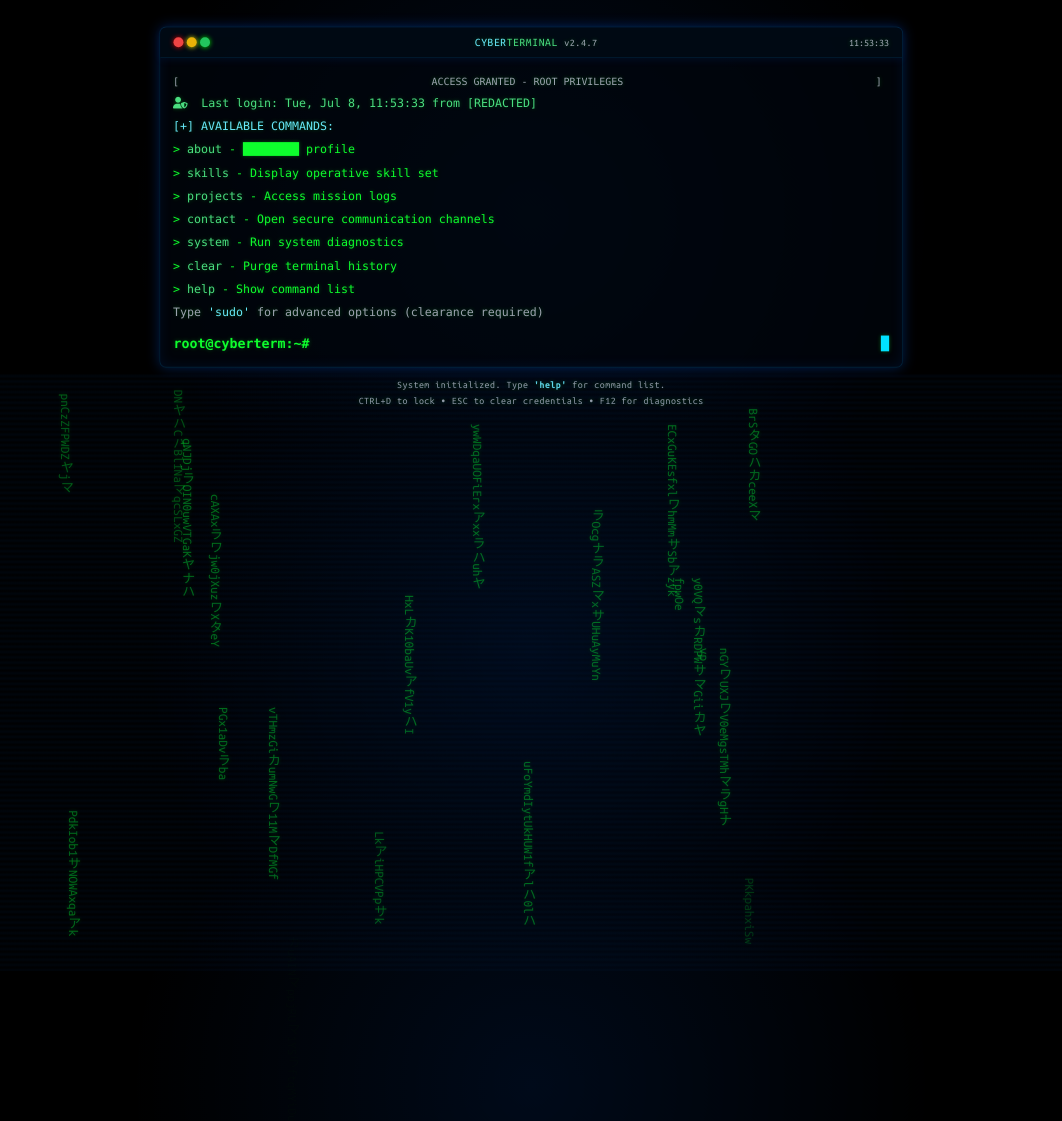
Repository: vinmutua/portfolio
Page: terminal.html
These files come from the project's save history. The page is drawn as it stood at one moment and after the next save; the edit follows.
The browser window is 1280 px wide. The pictures show the whole page, at 83% of full size.
An inner scrolling area shows only its first screen. Some web libraries are served in a nearby version.

Above is the page before, as saved 2025-07-09 09:49:20.

### terminal.html
<!DOCTYPE html>
<html lang="en">
<head>
    <meta charset="UTF-8">
    <meta name="viewport" content="width=device-width, initial-scale=1.0">
    <title>CyberTerminal v2.4.7</title>
    <script src="https://cdn.tailwindcss.com"></script>
    <link rel="stylesheet" href="https://cdnjs.cloudflare.com/ajax/libs/font-awesome/6.4.0/css/all.min.css">
    <link href="https://fonts.googleapis.com/css2?family=Ubuntu+Mono:ital,wght@0,400;0,700;1,400&display=swap" rel="stylesheet">
    <style>
        body {
            font-family: 'Ubuntu Mono', monospace;
            background: #000;
            background-image: radial-gradient(circle at center, rgba(0, 98, 255, 0.1) 0%, transparent 70%);
            overflow-x: hidden;
            color: #0efe2d;
            text-shadow: 0 0 5px rgba(14, 254, 45, 0.3);
        }

        .scanline {
            position: absolute;
            top: 0;
            left: 0;
            right: 0;
            height: 100%;
            background: linear-gradient(to bottom,
                rgba(0, 33, 71, 0) 0%,
                rgba(0, 33, 71, 0.2) 50%,
                rgba(0, 33, 71, 0) 100%);
            background-size: 100% 0.4rem;
            animation: scan 8s linear infinite;
            pointer-events: none;
            z-index: 10;
        }

        @keyframes scan {
            0% { transform: translateY(0); }
            100% { transform: translateY(100vh); }
        }

        .terminal-container {
            position: relative;
            background: rgba(0, 6, 13, 0.7);
            border: 1px solid rgba(0, 154, 255, 0.2);
            box-shadow: 0 0 15px rgba(0, 98, 255, 0.3),
                        inset 0 0 15px rgba(0, 98, 255, 0.1);
        }

        .terminal-header {
            background: rgba(0, 10, 20, 0.9);
            border-bottom: 1px solid rgba(0, 154, 255, 0.2);
            box-shadow: 0 2px 10px rgba(0, 98, 255, 0.1);
        }

        .terminal-body {
            position: relative;
            overflow: hidden;
        }

        .glitch-effect {
            position: absolute;
            top: 0;
            left: 0;
            right: 0;
            bottom: 0;
            background: url('data:[embedded picture, 213 characters]');
            opacity: 0.3;
            pointer-events: none;
            z-index: 1;
        }

        .terminal-output {
            height: 300px;
            overflow-y: auto;
            padding-right: 8px;
        }

        .terminal-output::-webkit-scrollbar {
            width: 6px;
        }

        .terminal-output::-webkit-scrollbar-track {
            background: rgba(0, 33, 71, 0.2);
        }

        .terminal-output::-webkit-scrollbar-thumb {
            background: rgba(0, 154, 255, 0.5);
            border-radius: 3px;
        }

        .blinking-cursor {
            animation: blink 1s infinite, pulse 2s infinite;
        }

        @keyframes blink {
            0%, 100% { opacity: 1; }
            50% { opacity: 0.3; }
        }

        @keyframes pulse {
            0%, 100% { color: #0efe2d; }
            50% { color: #00e1ff; }
        }

        .command:before {
            content: ">";
            color: #00e1ff;
            font-weight: bold;
            margin-right: 6px;
        }

        .prompt:before {
            content: "root@cyberterm:~# ";
            color: #0efe2d;
            font-weight: bold;
        }

        .matrix-drop {
            position: absolute;
            color: rgba(0, 255, 55, 0.6);
            writing-mode: vertical-rl;
            text-orientation: mixed;
            opacity: 0;
            animation: matrixFall linear infinite;
            pointer-events: none;
            z-index: 0;
        }

        @keyframes matrixFall {
            0% { transform: translateY(-50px); opacity: 0; }
            5% { opacity: 0.7; }
            70% { opacity: 0.7; }
            90% { opacity: 0; }
            100% { transform: translateY(100vh); opacity: 0; }
        }

        .password-input {
            -webkit-text-security: disc;
            letter-spacing: 2px;
        }

        .hacker-loader {
            display: inline-block;
            overflow: hidden;
            width: 0;
            animation: expand 3s steps(50) forwards;
            white-space: nowrap;
        }

        @keyframes expand {
            to { width: 100%; }
        }

        .ascii-art {
            letter-spacing: 1px;
            line-height: 1.2;
            color: #00e1ff;
        }
    </style>
</head>
<body>
    <div class="scanline"></div>
    <div class="container mx-auto p-4 lg:p-8">
        <div class="max-w-4xl mx-auto" id="matrixContainer">
            <div class="terminal-container rounded-lg mb-3">
                <!-- Terminal Header -->
                <div class="terminal-header px-4 py-2 flex items-center rounded-t-lg">
                    <div class="flex space-x-1 mr-4">
                        <div class="w-3 h-3 rounded-full bg-red-500 shadow-[0_0_5px_1px_rgba(255,0,0,0.6)]"></div>
                        <div class="w-3 h-3 rounded-full bg-yellow-500 shadow-[0_0_5px_1px_rgba(255,255,0,0.6)]"></div>
                        <div class="w-3 h-3 rounded-full bg-green-500 shadow-[0_0_5px_1px_rgba(0,255,0,0.6)]"></div>
                    </div>
                    <div class="text-sm tracking-wider flex-1 text-center">
                        <span class="text-cyan-300">CYBER</span><span class="text-green-400">TERMINAL</span> <span class="text-xs text-gray-400">v2.4.7</span>
                    </div>
                    <div class="text-xs text-gray-400 hidden sm:block" id="currentTime"></div>
                </div>

                <!-- Terminal Body -->
                <div class="terminal-body">
                    <div class="glitch-effect"></div>
                    <div class="p-4 relative z-10">
                        <div class="terminal-output font-mono text-sm space-y-2" id="terminalOutput">
                            <div class="ascii-art">
<pre>
  ______     ______     ______   ______     ______     __     ______
 /\  __ \   /\  __ \   /\__  _\ /\  __ \   /\  == \   /\ \   /\  ___\
 \ \  __ \  \ \ \/\ \  \/_/\ \/ \ \  __ \  \ \  __&lt;   \ \ \  \ \ \__ \
  \ \_\ \_\  \ \_____\    \ \_\  \ \_\ \_\  \ \_\ \_\  \ \_\  \ \_____\
   \/_/\/_/   \/_____/     \/_/   \/_/\/_/   \/_/ /_/   \/_/   \/_____/
</pre>
                            </div>
                            <div class="text-cyan-300">
                                <i class="fas fa-shield-alt mr-2"></i> SECURE CONNECTION ESTABLISHED - ENCRYPTED
                            </div>
                            <div class="text-gray-400 text-xs mt-2 flex">
                                <span class="flex-1">[</span>
                                <span class="flex-1 text-center">ACCESS GRANTED - ROOT PRIVILEGES</span>
                                <span class="flex-1 text-right">]</span>
                            </div>
                            <div class="text-green-400">
                                <i class="fas fa-user-shield mr-2"></i> Last login: <span id="currentDateTime"></span> from [REDACTED]
                            </div>
                        </div>

                        <div class="mt-4 flex items-center">
                            <span class="prompt font-mono"></span>
                            <input type="text" id="terminalInput" class="flex-1 bg-transparent text-green-300 border-none outline-none font-mono tracking-wider" autofocus>
                            <span class="blinking-cursor font-mono ml-1">█</span>
                        </div>
                    </div>
                </div>
            </div>

            <div class="text-center text-gray-400 text-xs tracking-wider">
                <p class="mb-1">System initialized. Type <span class="text-cyan-300 font-bold">'help'</span> for command list.</p>
                <p>CTRL+D to lock • ESC to clear credentials • F12 for diagnostics</p>
            </div>
        </div>
    </div>

    <script src="terminal.js"></script>
</body>
</html>

Loaded but not shown: terminal.js (381 lines, source omitted)

After the next save:
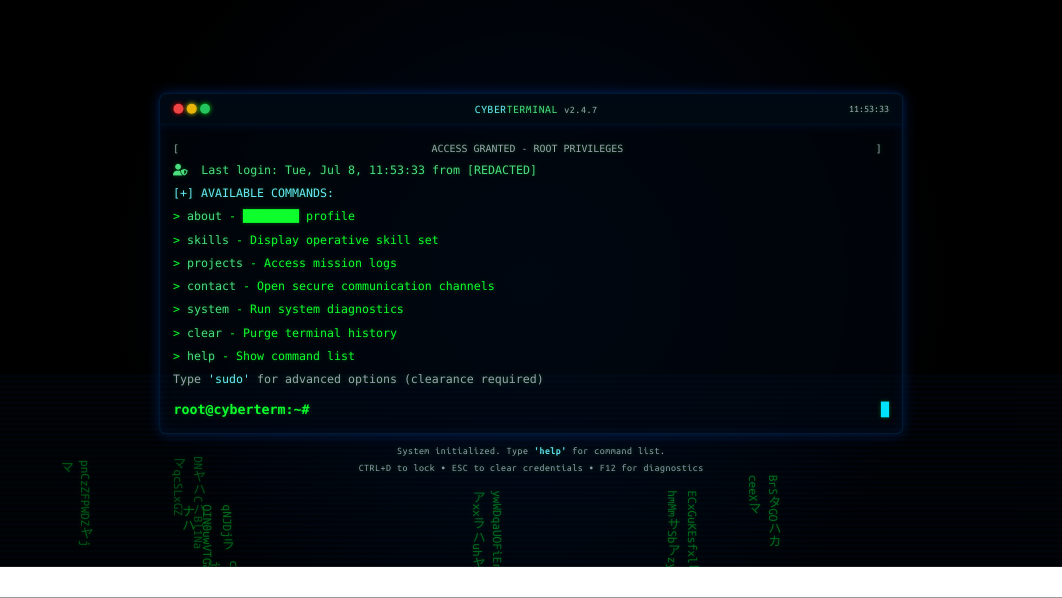
Saved 3 min 42 s later.
--- a/terminal.html
+++ b/terminal.html
@@ -8,13 +8,14 @@
     <link rel="stylesheet" href="https://cdnjs.cloudflare.com/ajax/libs/font-awesome/6.4.0/css/all.min.css">
     <link href="https://fonts.googleapis.com/css2?family=Ubuntu+Mono:ital,wght@0,400;0,700;1,400&display=swap" rel="stylesheet">
     <style>
-        body {
+        .terminal-section {
             font-family: 'Ubuntu Mono', monospace;
             background: #000;
             background-image: radial-gradient(circle at center, rgba(0, 98, 255, 0.1) 0%, transparent 70%);
             overflow-x: hidden;
             color: #0efe2d;
             text-shadow: 0 0 5px rgba(14, 254, 45, 0.3);
+            position: relative;
         }
 
         .scanline {
@@ -159,29 +160,30 @@
     </style>
 </head>
 <body>
-    <div class="scanline"></div>
-    <div class="container mx-auto p-4 lg:p-8">
-        <div class="max-w-4xl mx-auto" id="matrixContainer">
-            <div class="terminal-container rounded-lg mb-3">
-                <!-- Terminal Header -->
-                <div class="terminal-header px-4 py-2 flex items-center rounded-t-lg">
-                    <div class="flex space-x-1 mr-4">
-                        <div class="w-3 h-3 rounded-full bg-red-500 shadow-[0_0_5px_1px_rgba(255,0,0,0.6)]"></div>
-                        <div class="w-3 h-3 rounded-full bg-yellow-500 shadow-[0_0_5px_1px_rgba(255,255,0,0.6)]"></div>
-                        <div class="w-3 h-3 rounded-full bg-green-500 shadow-[0_0_5px_1px_rgba(0,255,0,0.6)]"></div>
+    <section id="terminal" class="terminal-section py-20 relative">
+        <div class="scanline"></div>
+        <div class="container mx-auto p-4 lg:p-8">
+            <div class="max-w-4xl mx-auto" id="matrixContainer">
+                <div class="terminal-container rounded-lg mb-3">
+                    <!-- Terminal Header -->
+                    <div class="terminal-header px-4 py-2 flex items-center rounded-t-lg">
+                        <div class="flex space-x-1 mr-4">
+                            <div class="w-3 h-3 rounded-full bg-red-500 shadow-[0_0_5px_1px_rgba(255,0,0,0.6)]"></div>
+                            <div class="w-3 h-3 rounded-full bg-yellow-500 shadow-[0_0_5px_1px_rgba(255,255,0,0.6)]"></div>
+                            <div class="w-3 h-3 rounded-full bg-green-500 shadow-[0_0_5px_1px_rgba(0,255,0,0.6)]"></div>
+                        </div>
+                        <div class="text-sm tracking-wider flex-1 text-center">
+                            <span class="text-cyan-300">CYBER</span><span class="text-green-400">TERMINAL</span> <span class="text-xs text-gray-400">v2.4.7</span>
+                        </div>
+                        <div class="text-xs text-gray-400 hidden sm:block" id="currentTime"></div>
                     </div>
-                    <div class="text-sm tracking-wider flex-1 text-center">
-                        <span class="text-cyan-300">CYBER</span><span class="text-green-400">TERMINAL</span> <span class="text-xs text-gray-400">v2.4.7</span>
-                    </div>
-                    <div class="text-xs text-gray-400 hidden sm:block" id="currentTime"></div>
-                </div>
-
-                <!-- Terminal Body -->
-                <div class="terminal-body">
-                    <div class="glitch-effect"></div>
-                    <div class="p-4 relative z-10">
-                        <div class="terminal-output font-mono text-sm space-y-2" id="terminalOutput">
-                            <div class="ascii-art">
+
+                    <!-- Terminal Body -->
+                    <div class="terminal-body">
+                        <div class="glitch-effect"></div>
+                        <div class="p-4 relative z-10">
+                            <div class="terminal-output font-mono text-sm space-y-2" id="terminalOutput">
+                                <div class="ascii-art">
 <pre>
   ______     ______     ______   ______     ______     __     ______
  /\  __ \   /\  __ \   /\__  _\ /\  __ \   /\  == \   /\ \   /\  ___\
@@ -189,35 +191,36 @@
   \ \_\ \_\  \ \_____\    \ \_\  \ \_\ \_\  \ \_\ \_\  \ \_\  \ \_____\
    \/_/\/_/   \/_____/     \/_/   \/_/\/_/   \/_/ /_/   \/_/   \/_____/
 </pre>
+                                </div>
+                                <div class="text-cyan-300">
+                                    <i class="fas fa-shield-alt mr-2"></i> SECURE CONNECTION ESTABLISHED - ENCRYPTED
+                                </div>
+                                <div class="text-gray-400 text-xs mt-2 flex">
+                                    <span class="flex-1">[</span>
+                                    <span class="flex-1 text-center">ACCESS GRANTED - ROOT PRIVILEGES</span>
+                                    <span class="flex-1 text-right">]</span>
+                                </div>
+                                <div class="text-green-400">
+                                    <i class="fas fa-user-shield mr-2"></i> Last login: <span id="currentDateTime"></span> from [REDACTED]
+                                </div>
                             </div>
-                            <div class="text-cyan-300">
-                                <i class="fas fa-shield-alt mr-2"></i> SECURE CONNECTION ESTABLISHED - ENCRYPTED
+
+                            <div class="mt-4 flex items-center">
+                                <span class="prompt font-mono"></span>
+                                <input type="text" id="terminalInput" class="flex-1 bg-transparent text-green-300 border-none outline-none font-mono tracking-wider" autofocus>
+                                <span class="blinking-cursor font-mono ml-1">█</span>
                             </div>
-                            <div class="text-gray-400 text-xs mt-2 flex">
-                                <span class="flex-1">[</span>
-                                <span class="flex-1 text-center">ACCESS GRANTED - ROOT PRIVILEGES</span>
-                                <span class="flex-1 text-right">]</span>
-                            </div>
-                            <div class="text-green-400">
-                                <i class="fas fa-user-shield mr-2"></i> Last login: <span id="currentDateTime"></span> from [REDACTED]
-                            </div>
-                        </div>
-
-                        <div class="mt-4 flex items-center">
-                            <span class="prompt font-mono"></span>
-                            <input type="text" id="terminalInput" class="flex-1 bg-transparent text-green-300 border-none outline-none font-mono tracking-wider" autofocus>
-                            <span class="blinking-cursor font-mono ml-1">█</span>
                         </div>
                     </div>
                 </div>
-            </div>
-
-            <div class="text-center text-gray-400 text-xs tracking-wider">
-                <p class="mb-1">System initialized. Type <span class="text-cyan-300 font-bold">'help'</span> for command list.</p>
-                <p>CTRL+D to lock • ESC to clear credentials • F12 for diagnostics</p>
+
+                <div class="text-center text-gray-400 text-xs tracking-wider">
+                    <p class="mb-1">System initialized. Type <span class="text-cyan-300 font-bold">'help'</span> for command list.</p>
+                    <p>CTRL+D to lock • ESC to clear credentials • F12 for diagnostics</p>
+                </div>
             </div>
         </div>
-    </div>
+    </section>
 
     <script src="terminal.js"></script>
 </body>
